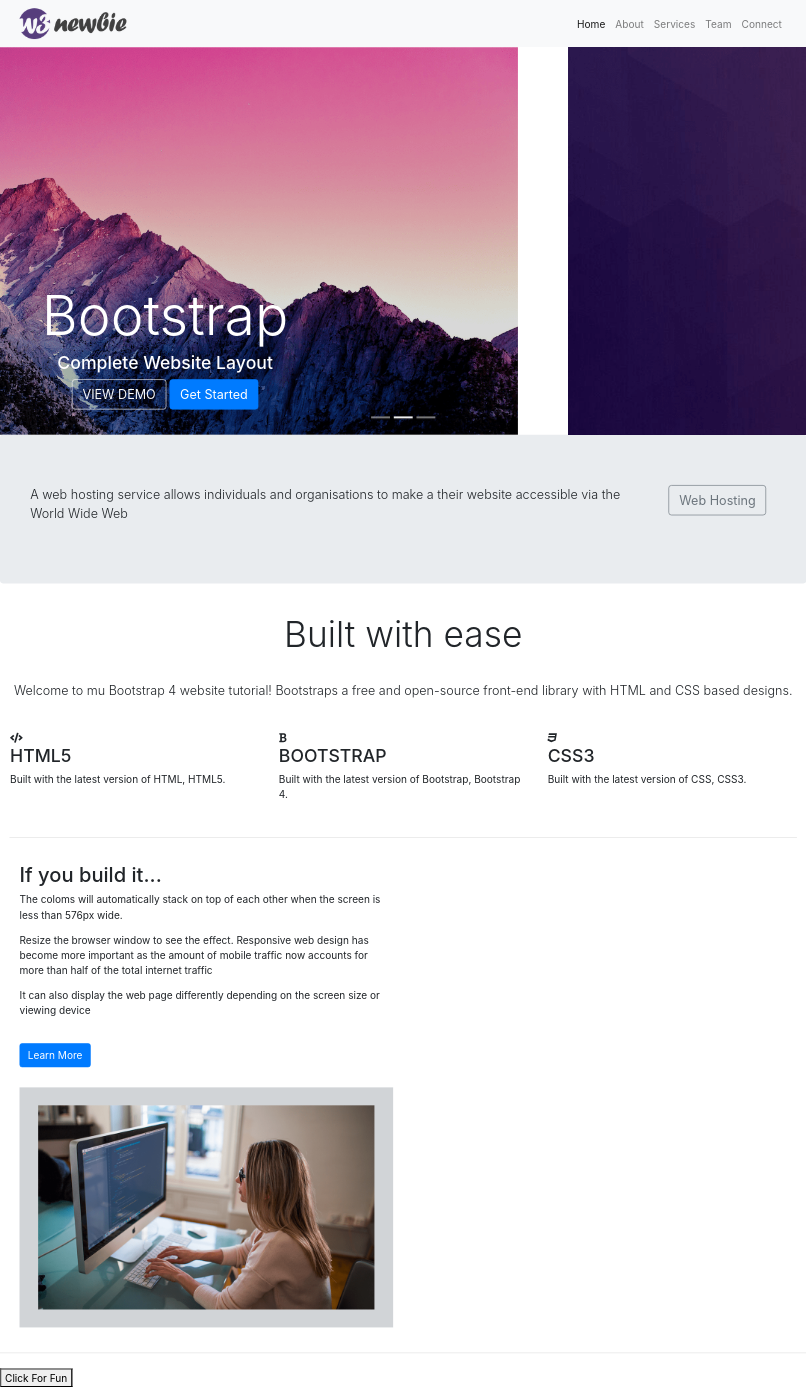
Repository: rkyankya/Bootstrap-1
Page: index.html
The author's editor kept a copy of each file at every save. The page is drawn from the files as they stood at one save, then again after the next save.
The browser window is 1280 px wide. The pictures show the whole page, at 63% of full size.
Some web libraries are served in a nearby version.

Above is the page before, as saved 2019-12-15 20:24:49.

After the next save:
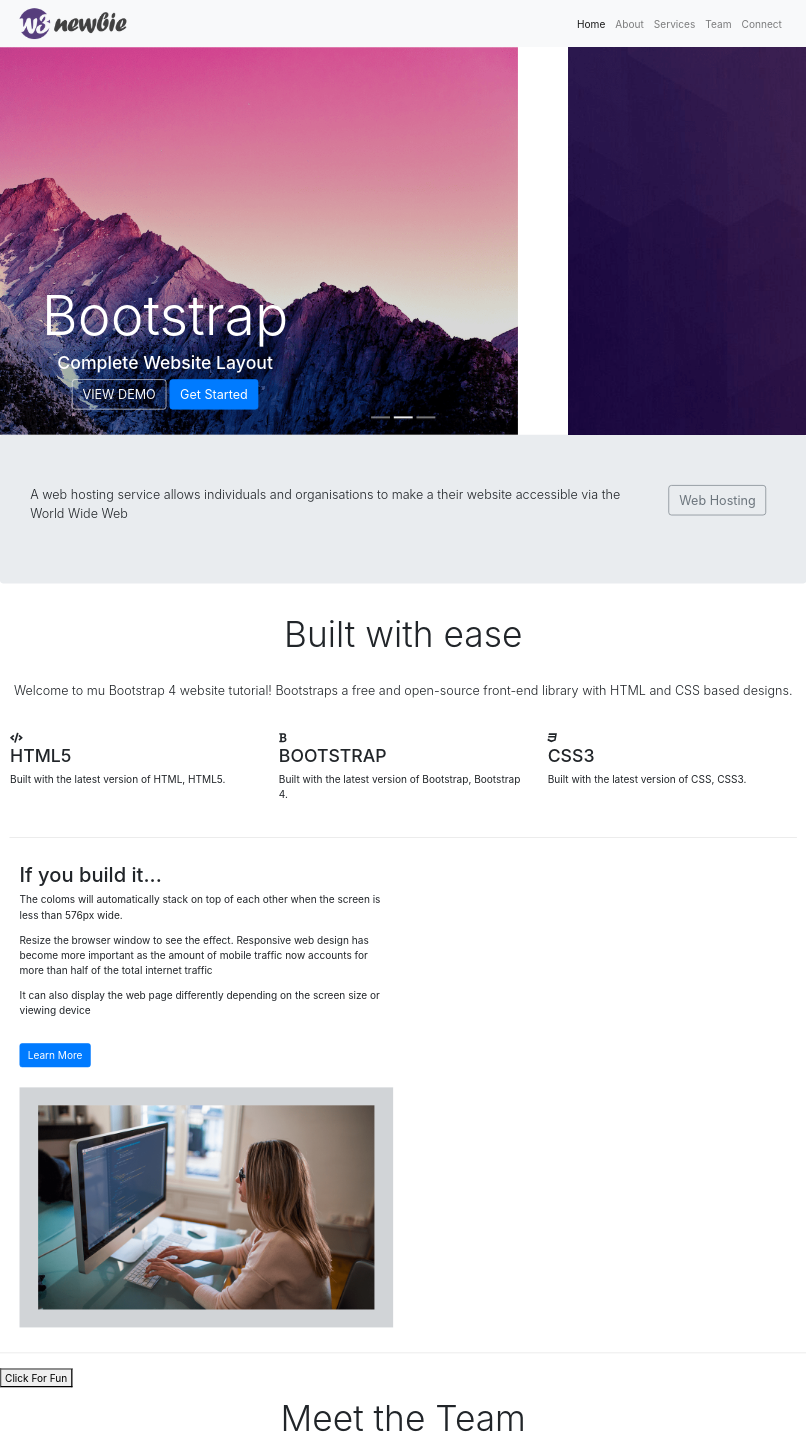
Saved 17 min 4 s later.
--- a/index.html
+++ b/index.html
@@ -174,6 +174,13 @@
 
 
     <!--- Meet the team -->
+    <div class="container-fluid padding">
+        <div class="row-welcome text-center">
+            <div class="col-12">
+                <h1 class="display-4"> Meet the Team</h1>
+            </div>
+        </div>
+    </div>
 
 
     <!--- Cards -->
